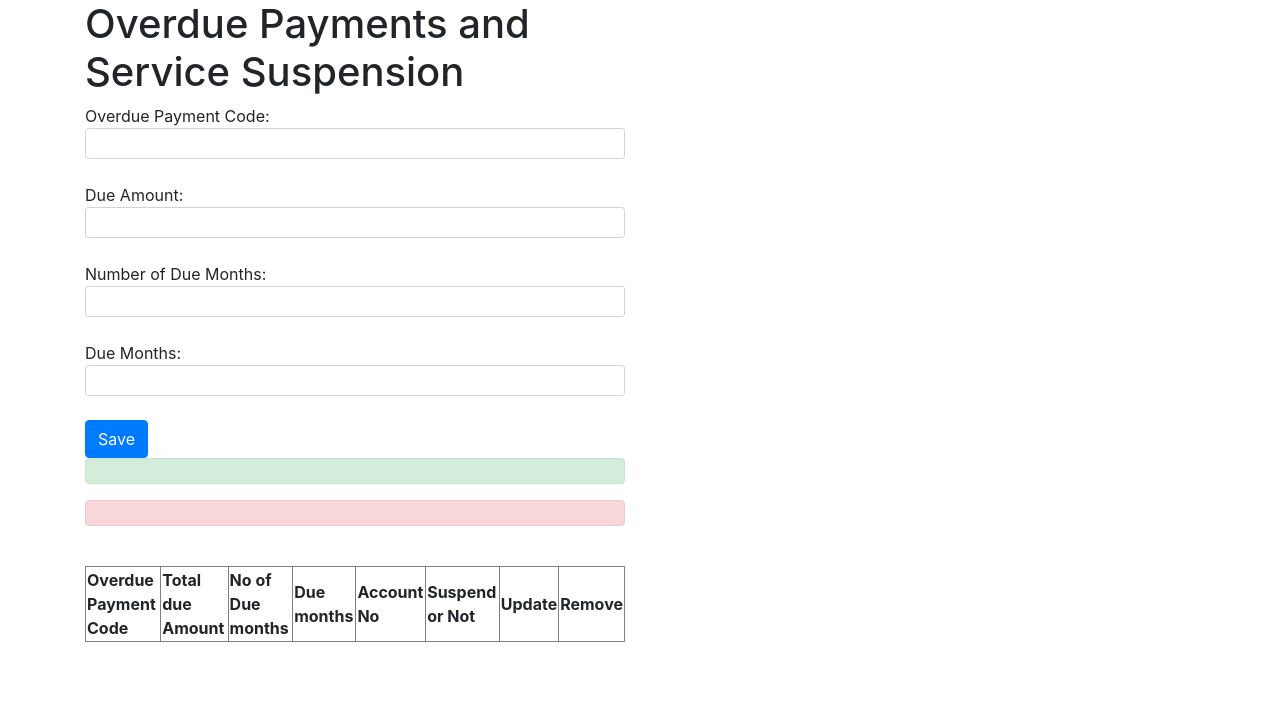
Repository: SameeriSubasinghe/ElectroGrid_G160_ODPaymentsService
Page: http://localhost/ElectroGrid_G160_ODPaymentService/ODPayment.jsp
An editor plug-in stored every save of this project. The page is shown before and after the next save, followed by the edit.
The browser window is 1280 px wide. The pictures show the whole page.
The page is served by Tomcat 9. Other server files are loaded and not shown. Queries for data that is not in the repository find no rows.

Above is the page before, as saved 2022-05-10 11:11:42.

### ElectroGrid_G160_ODPaymentService/src/main/webapp/ODPayment.jsp
<%@page import="com.ODPayment"%>
<%@ page language="java" contentType="text/html; charset=ISO-8859-1"
pageEncoding="ISO-8859-1"%>
<!DOCTYPE html>
<html>

<head>
<meta charset="ISO-8859-1">
<title>Overdue Payments and Service Suspension</title>
<link rel="stylesheet" href="Views/bootstrap.min.css">
<script src="Components/jquery-3.6.0.js"></script>
<script src="Components/ODPayment.js"></script>
</head>

<body>
<div class="container"><div class="row"><div class="col-6">
       <h1>Overdue Payments and Service Suspension</h1>
              <form id="formItem" name="formItem">
              Overdue Payment Code:
              <input id="ODPCode" name="ODPCode" type="text" class="form-control form-control-sm">
              <br>
              Due Amount:
              <input id="damount" name="damount" type="text" class="form-control form-control-sm">
              <br>
              Number of Due Months:
              <input id="dnomonth" name="dnomonth" type="number" class="form-control form-control-sm">
              <br>
              Due Months:
              <input id="dmonth" name="dmonth" type="text" class="form-control form-control-sm">
              <br>

              <input id="btnSave" name="btnSave" type="button" value="Save" class="btn btn-primary">
              <input type="hidden" id="hidItemIDSave" name="hidItemIDSave" value="">
</form>
<div id="alertSuccess" class="alert alert-success"></div>
<div id="alertError" class="alert alert-danger"></div>
<br>
<div id="divItemsGrid">
 <%
 ODPayment itemObj = new ODPayment();
 out.print(itemObj.readODPayment());
 %>
</div>
</div> </div> </div>
</body>
</html>

### ElectroGrid_G160_ODPaymentService/src/main/java/com/ODPayment.java
package com;

import java.sql.*;
public class ODPayment {

 //DB Connection with electrogrid DB

 private Connection connect(){
	 Connection con = null;
	 try{
	 Class.forName("com.mysql.jdbc.Driver");

	 //Provide the correct details: DBServer/DBName, username, password
	 con = DriverManager.getConnection("jdbc:mysql://127.0.0.1:3306/electrogrid", "root", "");
	 }
	 catch (Exception e){
		 e.printStackTrace();}
	 return con;
	 }



 //Inserting an Overdue Payment

 public String insertODPayment(String overdueCode, String totDueAmount, Integer noDueMonths, String months, String accNo, Boolean suspend){
	 String output = "";
	 try{
	 Connection con = connect();
	 if (con == null) {
		 return "Error while connecting to the electrogrid database for inserting.";
		 }


	 // create a prepared statement
	 String query = " insert into odPayments(`ODPaymentID`, `ODCode`, `dueAmount`, `dueMonthsNo`, `dueMonths`, `accountNo`, `IsSuspend`)"
	 + " values (?, ?, ?, ?, ?, ?, ? )";
	 PreparedStatement preparedStmt = con.prepareStatement(query);


	 // binding values
	 preparedStmt.setInt(1, 0);
	 preparedStmt.setString(2, overdueCode);
	 preparedStmt.setDouble(3, Double.parseDouble(totDueAmount));
	 preparedStmt.setInt(4, noDueMonths);
	 preparedStmt.setString(5, months);
	 preparedStmt.setString(6, accNo);
	 preparedStmt.setBoolean(7, suspend);


	 // execute the statement

	 preparedStmt.execute();
	 con.close();
	 output = "Inserted successfully";
	 }
	 catch (Exception e){
	 output = "Error while inserting the Overdue Payment.";
	 System.err.println(e.getMessage());
	 }
	 return output;
	 }



//Reading Overdue Payments from the DB

	public String readODPayment(){
	 String output = "";
	 try{
	 Connection con = connect();
	 if (con == null){
		 return "Error while connecting to the database for reading.";
	 }

	 // html table with OD payment details to be displayed
	 output = "<table border='1'><tr><th>Overdue Payment Code</th><th>Total due Amount</th>" +
	 "<th>No of Due months</th>" +
	 "<th>Due months</th>" +
	 "<th>Account No</th>" +
	 "<th>Suspend or Not</th>" +
	 "<th>Update</th><th>Remove</th></tr>";

	 String query = "select * from odPayments";
	 Statement stmt = con.createStatement();
	 ResultSet rs = stmt.executeQuery(query);

	 // iterate through the rows in the result set
	 while (rs.next())
	 {
	 String ODPaymentID = Integer.toString(rs.getInt("ODPaymentID"));
	 String ODCode = rs.getString("ODCode");
	 String dueAmount = Double.toString(rs.getDouble("dueAmount"));
	 String dueMonthsNo = Integer.toString(rs.getInt("dueMonthsNo"));
	 String dueMonths = rs.getString("dueMonths");
	 String accountNo = rs.getString("accountNo");
	 String IsSuspend = Boolean.toString(rs.getBoolean("IsSuspend"));

	 // Add into the html table
	 output += "<tr><td>" + ODCode + "</td>";
	 output += "<td>" + dueAmount + "</td>";
	 output += "<td>" + dueMonthsNo + "</td>";
	 output += "<td>" + dueMonths + "</td>";
	 output += "<td>" + accountNo + "</td>";
	 output += "<td>" + IsSuspend + "</td>";

	 // buttons
	 output += "<td><input name='btnUpdate' type='button' value='Update' class='btn btn-secondary'></td>"
	 + "<td><form method='post' action='items.jsp'>"+"<input name='btnRemove' type='submit' value='Remove' class='btn btn-danger'>"
	 + "<input name='ODPaymentID' type='hidden' value='" + ODPaymentID
	 + "'>" + "</form></td></tr>";
	 }
	 con.close();
	 // Complete the html table
	 output += "</table>";
	 }
	 catch (Exception e){
	 output = "Error while reading the Overdue Payments.";
	 System.err.println(e.getMessage());
	 }
	 return output;
	 }




	//Update Overdue Payments from the DB

	public String updateODPayment(String ID, String overdueCode, String totDueAmount, String noDueMonths, String months, String accNo, String suspend){
		 String output = "";
		 try{
		 Connection con = connect();
		 if (con == null){
			 return "Error while connecting to the database for updating.";
		 }


		 // create a prepared statement to update
		 String query = "UPDATE odpayments SET ODCode=?,dueAmount=?,dueMonthsNo=?,dueMonths=?,accountNo=?,IsSuspend=? WHERE ODPaymentID=?";
		 PreparedStatement preparedStmt = con.prepareStatement(query);

		 // binding values
		 preparedStmt.setString(1, overdueCode);
		 preparedStmt.setDouble(2, Double.parseDouble(totDueAmount));
		 preparedStmt.setInt(3, Integer.parseInt(noDueMonths));
		 preparedStmt.setString(4, months);
		 preparedStmt.setString(5, accNo);
		 preparedStmt.setBoolean(6, Boolean.parseBoolean(suspend));
		 preparedStmt.setInt(7, Integer.parseInt(ID));


		 // execute the statement
		 preparedStmt.execute();
		 con.close();
		 output = "Updated successfully";
		 }
		 catch (Exception e){
		 output = "Error while updating the Overdue Payment.";
		 System.err.println(e.getMessage());
		 }
		 return output;
		 }








  //Deleting Overdue Payments

  public String deleteODPayment(String ODPaymentID){
		 String output = "";
		 try{
		 Connection con = connect();
		 if (con == null)
		 {return "Error while connecting to the database for deleting.";
		 }

		 // create a prepared statement
		 String query = "delete from odpayments where ODPaymentID=?";
		 PreparedStatement preparedStmt = con.prepareStatement(query);

		 // binding values
		 preparedStmt.setInt(1, Integer.parseInt(ODPaymentID));

		 // execute the statement
		 preparedStmt.execute();
		 con.close();
		 output = "Deleted successfully";
		 }
		 catch (Exception e){
		 output = "Error while deleting the overdue payment.";
		 System.err.println(e.getMessage());
		 }
		 return output;
		 }

		}

Loaded but not shown: ElectroGrid_G160_ODPaymentService/src/main/webapp/Views/bootstrap.min.css (library); ElectroGrid_G160_ODPaymentService/src/main/webapp/Components/jquery-3.6.0.js (library); ElectroGrid_G160_ODPaymentService/src/main/webapp/Components/ODPayment.js (common file)

After the next save:
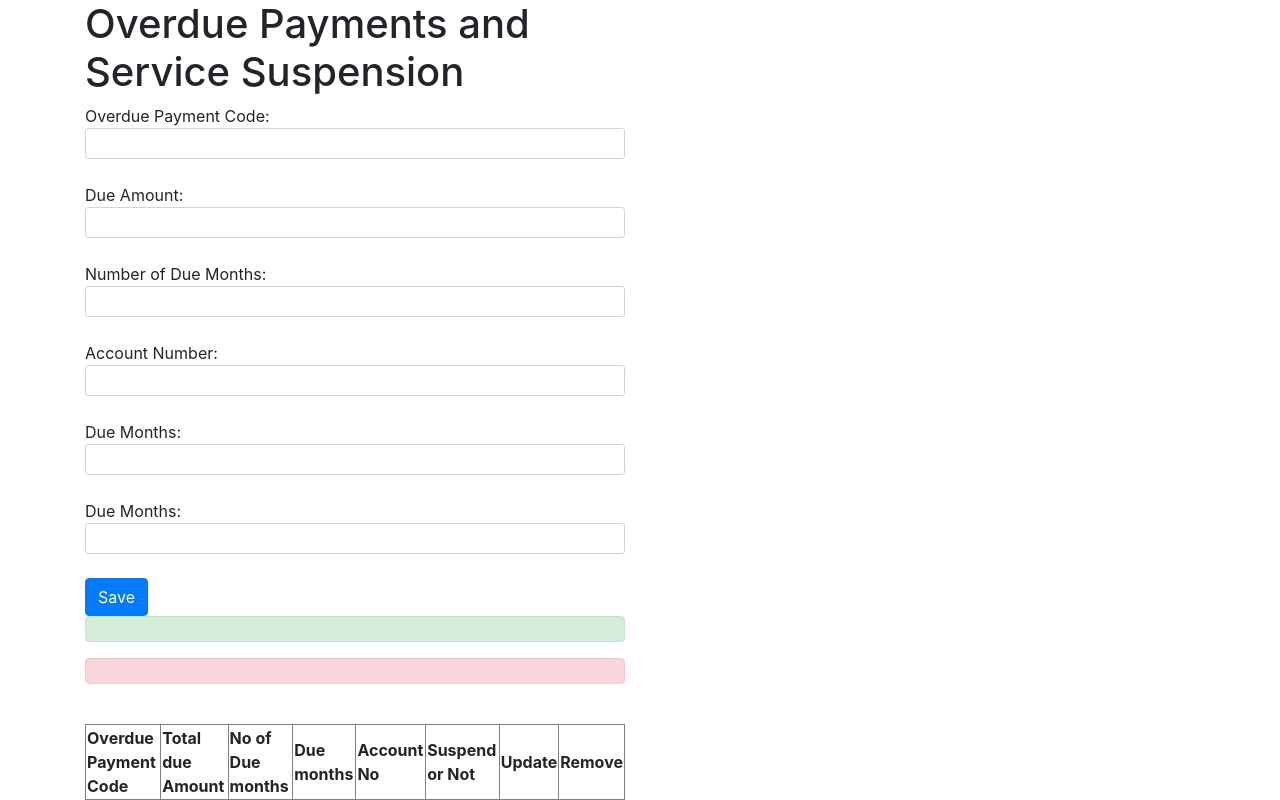
Saved 35 s later.
--- a/ElectroGrid_G160_ODPaymentService/src/main/webapp/ODPayment.jsp
+++ b/ElectroGrid_G160_ODPaymentService/src/main/webapp/ODPayment.jsp
@@ -25,9 +25,16 @@ pageEncoding="ISO-8859-1"%>
               Number of Due Months:
               <input id="dnomonth" name="dnomonth" type="number" class="form-control form-control-sm">
               <br>
+              Account Number:
+              <input id="dmonth" name="dmonth" type="text" class="form-control form-control-sm">
+              <br>
               Due Months:
               <input id="dmonth" name="dmonth" type="text" class="form-control form-control-sm">
               <br>
+               Due Months:
+              <input id="dmonth" name="dmonth" type="text" class="form-control form-control-sm">
+              <br>
+
 
               <input id="btnSave" name="btnSave" type="button" value="Save" class="btn btn-primary">
               <input type="hidden" id="hidItemIDSave" name="hidItemIDSave" value="">
